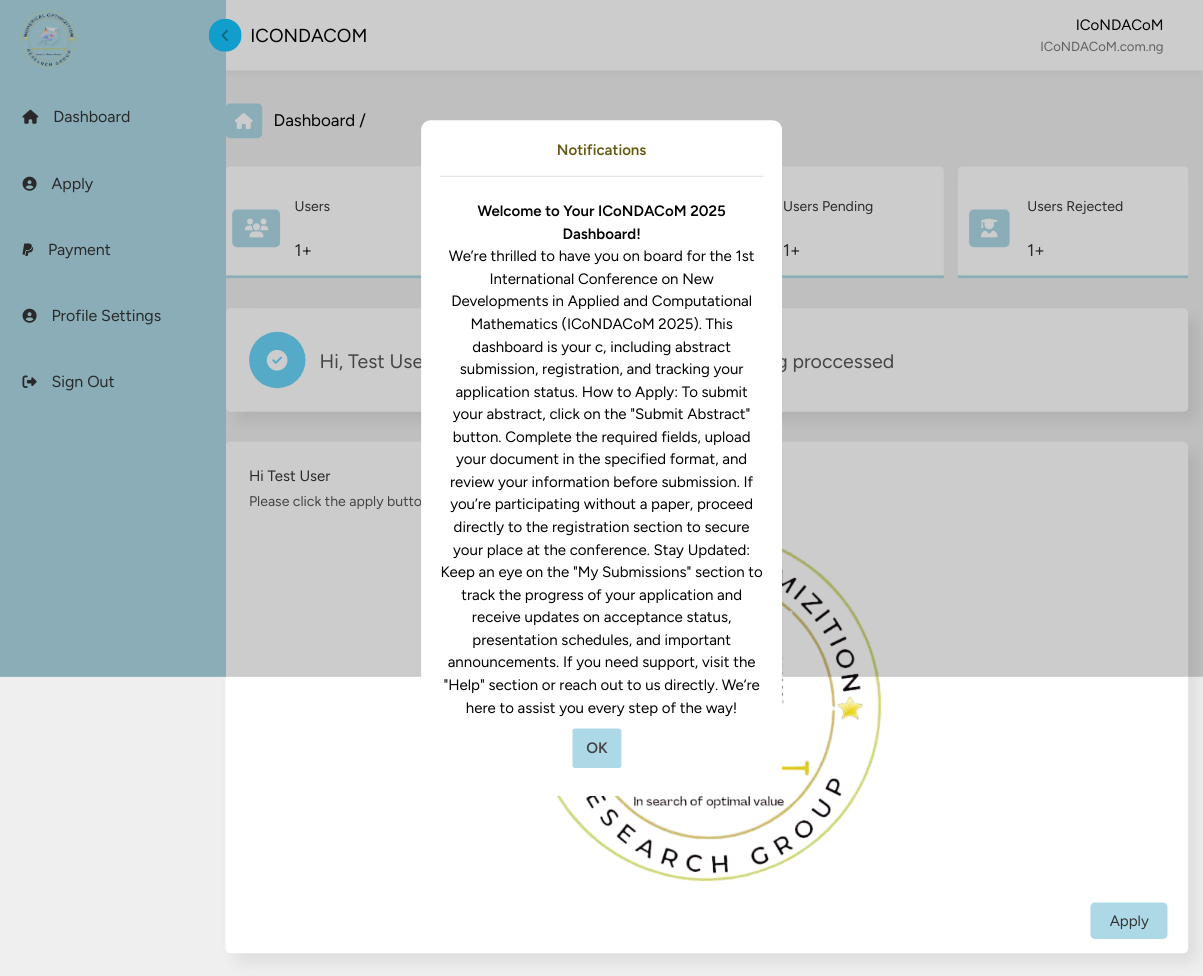
Repository: mrcode-gmb/aa-lectturn
Page: http://localhost/dashboard
These files come from the project's save history. The page is drawn as it stood at one moment and after the next save; the edit follows.
The browser window is 1280 px wide. The pictures show the whole page, at 94% of full size.
The page is served by the project's Laravel application, run on PHP 8.4 with Laravel 10. A made-up administrator, Test User (test@example.com), is signed in. Queries for data that is not in the repository find no rows.

Above is the page before, as saved 2025-02-07 10:23:31.

After the next save:
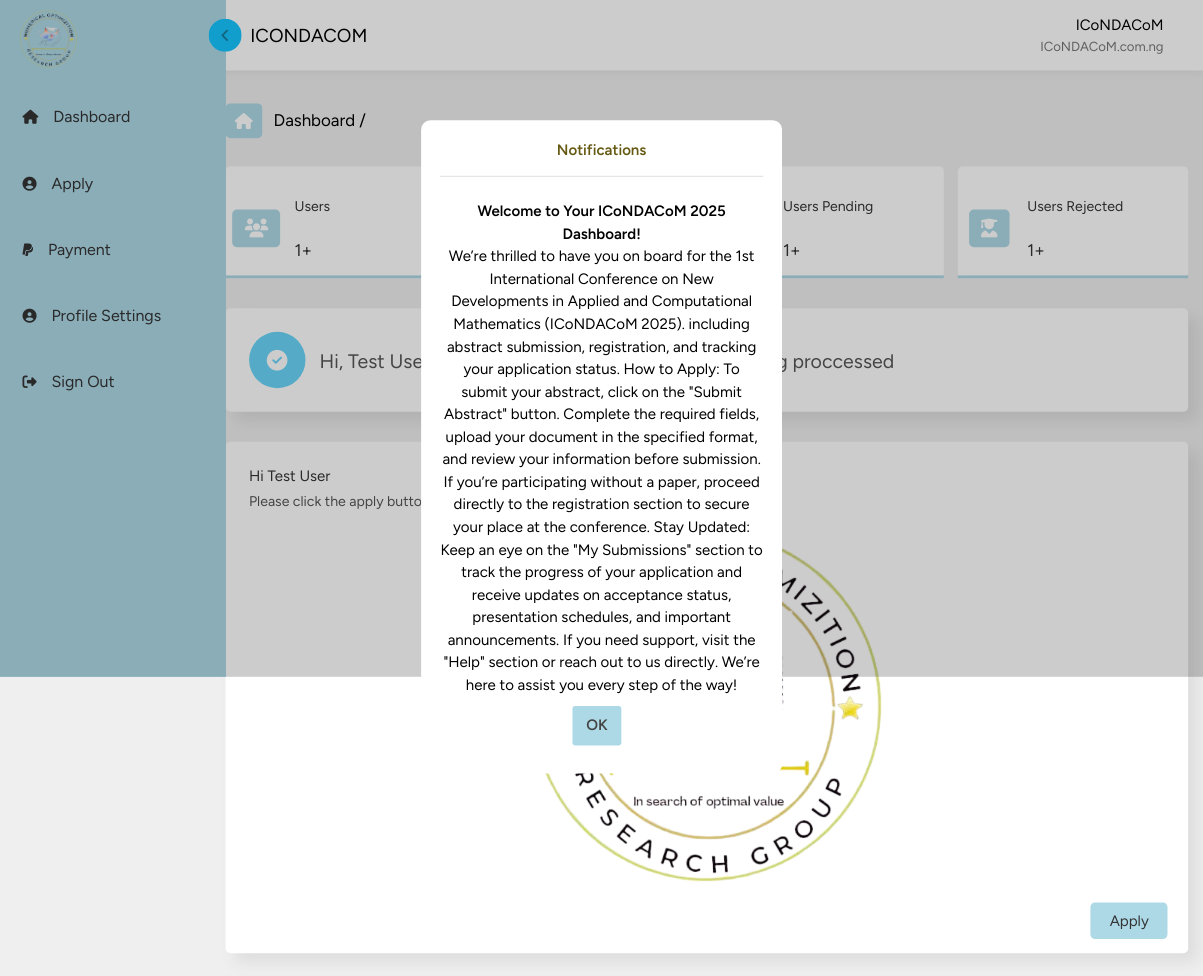
Saved 5 s later.
--- a/resources/views/dashboard.blade.php
+++ b/resources/views/dashboard.blade.php
@@ -175,7 +175,7 @@
             <form class="modal-body">
                 <p>
                     <b>Welcome to Your ICoNDACoM 2025 Dashboard!</b> <br>
-We’re thrilled to have you on board for the 1st International Conference on New Developments in Applied and Computational Mathematics (ICoNDACoM 2025). This dashboard is your c, including abstract submission, registration, and tracking your application status.
+We’re thrilled to have you on board for the 1st International Conference on New Developments in Applied and Computational Mathematics (ICoNDACoM 2025).  including abstract submission, registration, and tracking your application status.
 
 How to Apply:
 To submit your abstract, click on the "Submit Abstract" button. Complete the required fields, upload your document in the specified format, and review your information before submission. If you’re participating without a paper, proceed directly to the registration section to secure your place at the conference.
